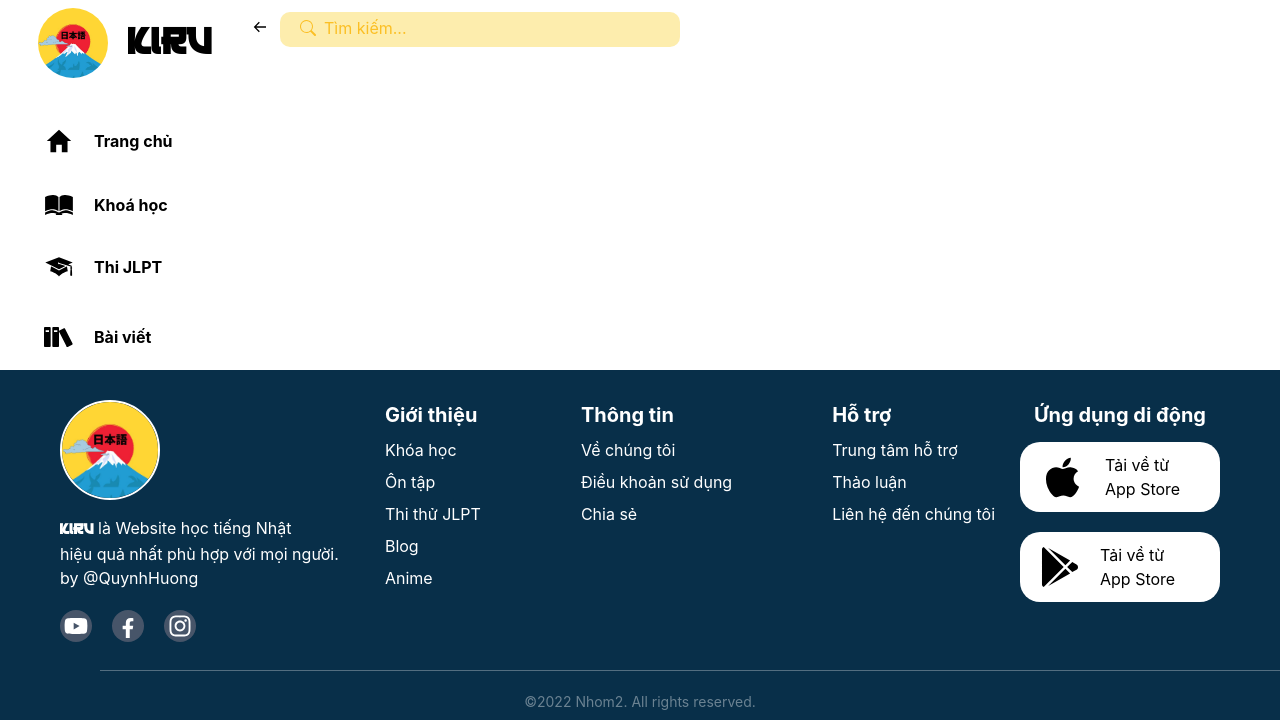
Repository: Quynhhuong150322/Kiru_Website-hoc-tieng-Nhat
Page: /
These files come from the project's save history. The page is drawn as it stood at one moment and after the next save; the edit follows.
The browser window is 1280 px wide. The pictures show the whole page.
The project was rebuilt for these pictures with package versions that can differ from the ones it lists, and the page was loaded fresh each time.

Above is the page before, as saved 2023-08-18 03:50:32.

### public/index.html
<!DOCTYPE html>
<html lang="en">
  <head>
    <meta charset="utf-8" />
    <link rel="icon" href="%PUBLIC_URL%/favicon.ico" />
    <meta name="viewport" content="width=device-width, initial-scale=1" />
    <meta name="theme-color" content="#000000" />
    <meta
      name="description"
      content="Web site created using create-react-app"
    />
    <link rel="apple-touch-icon" href="%PUBLIC_URL%/logo192.png" />
    <!--
      manifest.json provides metadata used when your web app is installed on a
      user's mobile device or desktop. See https://developers.google.com/web/fundamentals/web-app-manifest/
    -->
    <link rel="manifest" href="%PUBLIC_URL%/manifest.json" />
    <!--
      Notice the use of %PUBLIC_URL% in the tags above.
      It will be replaced with the URL of the `public` folder during the build.
      Only files inside the `public` folder can be referenced from the HTML.

      Unlike "/favicon.ico" or "favicon.ico", "%PUBLIC_URL%/favicon.ico" will
      work correctly both with client-side routing and a non-root public URL.
      Learn how to configure a non-root public URL by running `npm run build`.
    -->
    <title>Kiru web</title>
  </head>
  <body>
    <noscript>You need to enable JavaScript to run this app.</noscript>
    <div id="root"></div>
    <!--
      This HTML file is a template.
      If you open it directly in the browser, you will see an empty page.

      You can add webfonts, meta tags, or analytics to this file.
      The build step will place the bundled scripts into the <body> tag.

      To begin the development, run `npm start` or `yarn start`.
      To create a production bundle, use `npm run build` or `yarn build`.
    -->
  </body>
</html>

### src/index.js
import React from 'react';
import ReactDOM from 'react-dom/client';
import './index.css';
import App from './App';
import reportWebVitals from './reportWebVitals';
import { BrowserRouter} from "react-router-dom";


const root = ReactDOM.createRoot(document.getElementById('root'));
root.render(
  <React.StrictMode>
    <BrowserRouter>
      <App />
    </BrowserRouter>
  </React.StrictMode>
);

// If you want to start measuring performance in your app, pass a function
// to log results (for example: reportWebVitals(console.log))
// or send to an analytics endpoint. Learn more: https://bit.ly/CRA-vitals
reportWebVitals();

### src/App.js
import './App.css';
// import HeaderBefor from "./component/header_footer/HeaderBefor";
import Footer from "./component/header_footer/footer";
import Menu from "./component/header_footer/Menu";
// import MyRoutes from './route/MyRoutes';
// import GioiThieu from "./component/Gioi_thieu"
// import KhoaHocBefor from "./component/Khoa_hoc_befor";
// import LienHe from "./component/Lien_he";
// import FAQs from "./component/FAQs";
// import DangKy from "./component/Dang_ky";
// import DangNhap from "./component/Dang_nhap";
// import QuenMK from "./component/Quen_mk";
// import DatlaiMk from "./component/Dat_lai_mk";
import Search from "./component/Search";

function App() {
  return (
    <div className = "bg-white">
      {/* <HeaderBefor></HeaderBefor> */}
      <Menu/>
      {/* <MyRoutes></MyRoutes> */}

      {/* Trang chủ chưa đăng nhập */}
      {/* <GioiThieu></GioiThieu>
      <KhoaHocBefor></KhoaHocBefor>
      <LienHe></LienHe>
      <FAQs></FAQs> */}

      {/* Trang đăng ký */}
      {/* <DangKy/> */}

      {/* Trang đăng nhập */}
      {/* <DangNhap/> */}

      {/* Quên mật khẩu */}
      {/* <QuenMK/> */}
      {/* <DatlaiMk/> */}

      {/* thanh Search */}
      <Search />
      <Footer></Footer>
    </div>
  );
}

export default App;

### src/App.css
.App {
  text-align: center;
}

.App-logo {
  height: 40vmin;
  pointer-events: none;
}

@media (prefers-reduced-motion: no-preference) {
  .App-logo {
    animation: App-logo-spin infinite 20s linear;
  }
}

.App-header {
  background-color: #282c34;
  min-height: 100vh;
  display: flex;
  flex-direction: column;
  align-items: center;
  justify-content: center;
  font-size: calc(10px + 2vmin);
  color: white;
}

.App-link {
  color: #61dafb;
}

@keyframes App-logo-spin {
  from {
    transform: rotate(0deg);
  }
  to {
    transform: rotate(360deg);
  }
}

@font-face {
  font-family: Japanese;
  src: url(./font/Japanese\ 3017.ttf);
}

@font-face {
  font-family: InterBold;
  src: url(./font/Inter-Bold.ttf);
}

@font-face {
  font-family: InterRegular;
  src: url(./font/Inter-Regular.ttf);
}

@font-face {
  font-family: Montserrat;
  src: url(./font/MontserratAlternates-Bold.otf);
}

### src/component/header_footer/footer.js
import React from "react";
import logo from "../../image/logo.png";
import {FaApple, FaGooglePlay, FaYoutube,  FaFacebookF, FaInstagram} from "react-icons/fa";

const Footer = () => {
    return (
        <div class="h-[350px] bg-sky-950 fixed bottom-0 left-0 right-0">
            <div className=" flex justify-between pt-[30px] px-[60px]">
                <div className="flex-initial w-[300px]">
                    <img
                        className="h-[100px] w-100px] rounded-full border-2 border-white"
                        src = {logo}
                        alt = "logo"
                    />
                    <p className="text-white pt-4"> <a className="font-bold font-japanese">Kiru</a> là Website học tiếng Nhật <p> hiệu quả nhất phù hợp với mọi người.</p> <p className="">by @QuynhHuong</p></p>
                    <div class="flex flex-row gap-5 pt-5">
                        <div className="w-8 h-8 bg-slate-600 rounded-full">
                            <FaYoutube className="text-white w-8 h-8 px-1"/>
                        </div>
                        <div className="w-8 h-8 bg-slate-600 rounded-full">
                            <FaFacebookF className="text-white w-7 h-7 pl-1 pt-2"/>
                        </div>
                        <div className="w-8 h-8 bg-slate-600 rounded-full">
                            <FaInstagram className="text-white w-7 h-7 pl-1 pt-1"/>
                        </div>
                    </div>
                </div>
                <div className="flex flex-row gap-[100px]">
                    <ul class="list-none text-white">
                        <li className="font-bold text-[20px]">Giới thiệu</li>
                        <li className="hover:text-yellow-500 pt-2">Khóa học </li>
                        <li className="hover:text-yellow-500 pt-2">Ôn tập </li>
                        <li className="hover:text-yellow-500 pt-2">Thi thử JLPT</li>
                        <li className="hover:text-yellow-500 pt-2">Blog</li>
                        <li className="hover:text-yellow-500 pt-2">Anime</li>
                    </ul>
                    <ul class="list-none text-white">
                        <li className="font-bold text-[20px]">Thông tin</li>
                        <li className="hover:text-yellow-500 pt-2">Về chúng tôi </li>
                        <li className="hover:text-yellow-500 pt-2">Điều khoản sử dụng</li>
                        <li className="hover:text-yellow-500 pt-2">Chia sẻ</li>
                    </ul>
                    <ul class="list-none text-white">
                        <li className="font-bold text-[20px]">Hỗ trợ</li>
                        <li className="hover:text-yellow-500 pt-2">Trung tâm hỗ trợ</li>
                        <li className="hover:text-yellow-500 pt-2">Thảo luận</li>
                        <li className="hover:text-yellow-500 pt-2">Liên hệ đến chúng tôi </li>
                    </ul>
                </div>
                <div className="">
                    <p className="text-white text-[20px] font-bold text-center pb-3">Ứng dụng di động</p>
                    <div className="h-[70px] w-[200px] bg-white rounded-[20px] flex gap-5 items-center">
                        <div className="pl-5">
                            <FaApple className="w-[45px] h-[45px]"/>
                        </div>
                        <div className="flex-initial w-64">
                            Tải về từ <p className="">App Store</p>
                        </div>
                    </div>
                    <div className="pt-5">
                        <div className="h-[70px] w-[200px] bg-white rounded-[20px] flex gap-5 items-center">
                            <div className="pl-5 ">
                                <FaGooglePlay className="w-[40px] h-[40px]"/>
                            </div>
                            <div className="flex-initial w-64">
                                Tải về từ <p className="">App Store</p>
                            </div>
                        </div>
                    </div>
                </div>
            </div>
            <div className="pt-7 px-[100px]">
                <div className="h-[1px] w-[1200px] bg-white/30 "></div>
                <p className="text-white/40 text-center text-[14px] pt-5">©2022 Nhom2. All rights reserved.</p>
            </div>
        </div>

    );
}
export default Footer;

### src/component/header_footer/Menu.js
import React from "react";
import logo from "../../image/logo.png"
import { Link } from "react-router-dom";
import {IoMdHome,IoLogoOctocat} from "react-icons/io";
import {GiOpenBook,GiGraduateCap} from "react-icons/gi";
import {ImBooks} from "react-icons/im";

const Menu = () => {
    return (
        <div className="flex flex-row">
            <div className="w-[250px] fixed top-0 left-0">
                <Link to = "">
                    <div className="flex flex-row items-center gap-5 justify-center pt-2">
                        <img
                            className="h-[70px] w-70[px] rounded-full "
                            src = {logo}
                            alt = "logo"
                        />
                        <div className="font-japanese text-[40px] font-bold">Kiru</div>
                    </div>
                </Link>
                <ul className="pt-10 items-center">
                    <li className="h-[50px] pt-2 text-center text-[16px] rounded-r-[10px] font-bold hover:bg-amber-300 hover:text-[20px] ">
                        <div className="flex flex-row gap-5 items-center pl-11 rounded-[10px]">
                            <IoMdHome className="h-[30px] w-[30px] "/>
                            <p className="">Trang chủ</p>
                        </div>
                    </li>
                    <li className="py-2">
                        <div className="flex flex-row gap-5 items-center pl-11 rounded-[10px] h-[50px] pt-2 text-center text-[16px] rounded-r-[10px] font-bold hover:bg-amber-300 hover:text-[20px]">
                            <GiOpenBook className="h-[30px] w-[30px] "/>
                            <p className="">Khoá học</p>
                        </div>
                    </li>
                    <li className="py-2">
                        <div className="flex flex-row gap-5 items-center pl-11 rounded-[10px] h-[50px] text-center text-[16px] rounded-r-[10px] font-bold hover:bg-amber-300 hover:text-[20px] ">
                            <GiGraduateCap className="h-[30px] w-[30px] "/>
                            <p className="">Thi JLPT</p>
                        </div>
                    </li>
                    <li className="py-2 ">
                        <div className="flex flex-row gap-5 items-center pl-11 rounded-[10px] h-[50px] pt-2 text-center text-[16px] rounded-r-[10px] font-bold hover:bg-amber-300 hover:text-[20px]">
                            <ImBooks className="h-[30px] w-[30px] "/>
                            <p className="">Bài viết</p>
                        </div>
                    </li>
                    <li className="py-2">
                        <div className="flex flex-row gap-5 items-center pl-11 rounded-[10px] h-[50px] pt-2 text-center text-[16px] rounded-r-[10px] font-bold hover:bg-amber-300 hover:text-[20px]">
                            <IoLogoOctocat className="h-[30px] w-[30px] "/>
                            <p className="">Hoạt hình</p>
                        </div>
                    </li>
                </ul>
            </div>

        </div>
    )
}
export default Menu;

### src/component/Search.js
import React from "react";
import {BsSearch} from "react-icons/bs";
import {BiArrowBack} from "react-icons/bi";

const Search = () => {
    return (
        <div className="pl-[250px] pt-3">
            <div className="flex flex-row">
                <div className="">
                    <button
                        type="button"
                        className = "w-[30px] h-[30px] rounded-full  items-center pl-[2px]">
                        <BiArrowBack/>
                    </button>
                </div>
                <div className="h-[35px] w-[400px] bg-amber-200/70 rounded-[10px] pl-5">
                    <div className="flex flex-row gap-2 items-center pt-1 ">
                        <BsSearch className="text-amber-400"/>
                        <p className="text-amber-400">Tìm kiếm...</p>
                    </div>
                </div>
            </div>
        </div>
    )
}
export default Search;

### tailwind.config.js
/** @type {import('tailwindcss').Config} */
module.exports = {
  content: ["./src/**/*.{html,js}"],
  // plugins: [require("tailwind-scrollbar")],
  theme: {
    extend: {
      fontSize: {
        sm: '9px',
        base: '13px',
        xl: '20px',
        '2xl': '60px',
        '3xl': '80px',
        '4xl': '90px',
        '5xl': '100px',
      }
    },
    screens: {
      'sm': {'min': '400px', 'max': '767px'},
      // => @media (min-width: 640px and max-width: 767px) { ... }

      'md': {'min': '768px', 'max': '1023px'},
      // => @media (min-width: 768px and max-width: 1023px) { ... }

      'lg': {'min': '1024px', 'max': '1279px'},
      // => @media (min-width: 1024px and max-width: 1279px) { ... }

      'xl': {'min': '1280px', 'max': '1535px'},
      // => @media (min-width: 1280px and max-width: 1535px) { ... }

      '2xl': {'min': '1536px'},
      // => @media (min-width: 1536px) { ... }
    },

    fontFamily: {
      japanese: ['"Japanese"'],
      interBold: ['"InterBold"'],
      interRegular: ['"InterRegular"'],
      montserrat: ['"Montserrat"']
    },
  },
  plugins: [],
}

Loaded but not shown: src/index.css (common file); src/reportWebVitals.js (common file)

After the next save:
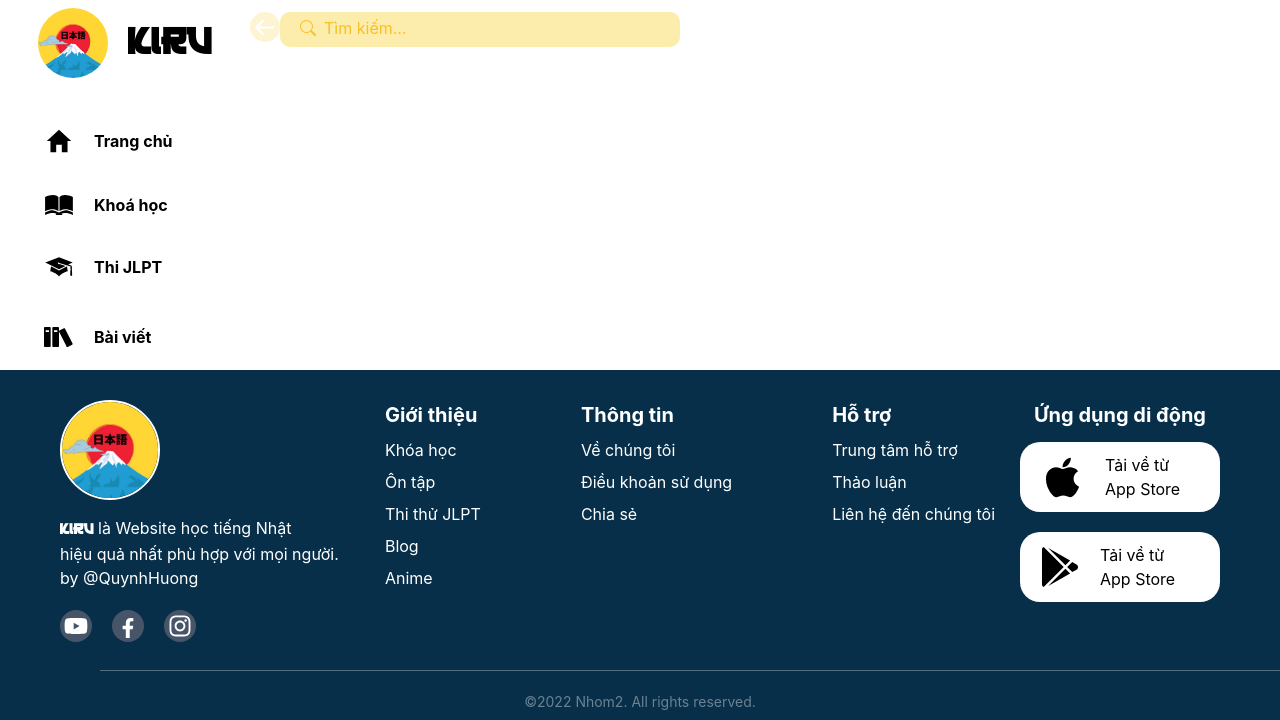
Saved 43 s later.
--- a/src/component/Search.js
+++ b/src/component/Search.js
@@ -9,7 +9,7 @@
                 <div className="">
                     <button
                         type="button"
-                        className = "w-[30px] h-[30px] rounded-full  items-center pl-[2px]">
+                        className = "w-[30px] h-[30px] rounded-full text-white  bg-amber-300/25  font-interBold text-[25px] items-center pl-[2px]">
                         <BiArrowBack/>
                     </button>
                 </div>
